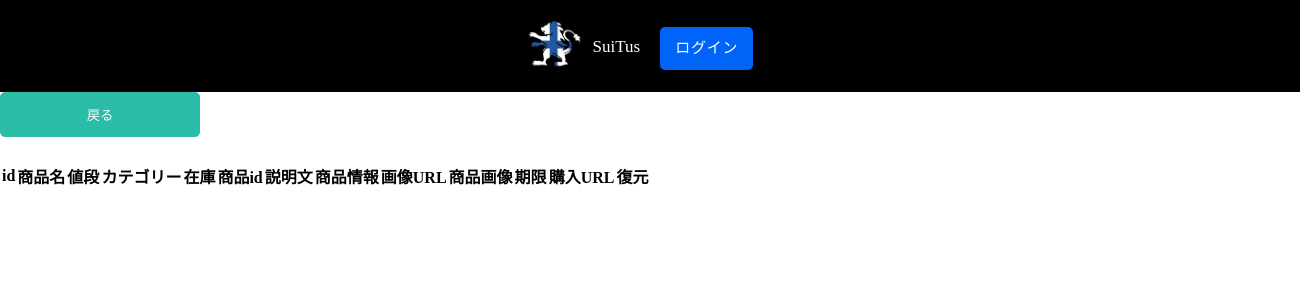
Repository: shun3641/springPortfolio
Page: http://localhost/admin/restorelist
The author's editor kept a copy of each file at every save. The page is drawn from the files as they stood at one save, then again after the next save.
The browser window is 1280 px wide. The page is 1300 px wide, so the pictures cover 1300 px, including what lies to the right of the window. The pictures show the whole page.
The page is this project's Thymeleaf template; nobody is signed in. The template is opened directly, without the code that normally fills it, so the values that code supplies are empty.

Above is the page before, as saved 2025-11-12 05:48:21.

### Suitus 田中駿吾 ポートフォリオ/Suitus/src/main/resources/templates/admin/restorelist.html
<!DOCTYPE html>
<html lang="en"
xmlns:th="http://www.thymeleaf.org" xmlns:sec="http://www.thymeleaf.org/extras/spring-security">
<head>
<meta charset="UTF-8">
<link th:href="@{/admin/css/application.css}" rel="stylesheet">
<link th:href="@{/admin/css/app_header.css}" rel="stylesheet">
<link th:href="@{/admin/css/app_mobile.css}" rel="stylesheet" media="screen and (max-width: 767px)">
<title>Insert title here</title>
</head>
<body>
<div id="bgblack">
<div th:fragment="siteHeader"></div>
<div class="p_infobar_content">
Amazonプライム感謝祭実施中。セール会場はこちら
</div>

<div class="l-header-content">

<div class="logo">
<a>
<img src="/image/logo.png">
</a>
<span>SuiTus</span>
</div>

<nav id="header-navigation">
	<ul>
	<li class="loginbtn"><a th:href="@{/login}">ログイン</a></li>
	<li><a th:href="@{/admin/application}" sec:authorize="hasAuthority('ADMIN')">業務管理アプリへ</a></li>
	</ul>
</nav>
</div>
</div>
<button class="c-hamburger-btn btn" aria-expanded="false" aria-controls="drawer-nav">
	<span class="c-hamburger-btn__bars">
		<span class="c-hamburger-btn__bar"></span>
		<span class="c-hamburger-btn__bar"></span>
		<span class="c-hamburger-btn__bar"></span>
	</span>
</button>
	<nav class="sp-menu">
	<ul>
		<li class="loginbtn"><a th:href="@{/login}">ログイン</a></li>
		<li><a th:href="@{/admin/application}" sec:authorize="hasAuthority('ADMIN')">業務管理アプリへ</a></li>
	</ul>
	</nav>
	<h3 class="restoreHeading">復元リスト</h3>
	<a th:href="@{/admin/application}">
	<button style="width: 200px;">戻る</button>
	</a>

<table id="restoreTable">
  <thead>
    <tr>
      <th scope="col">id</th>
      <th scope="col">商品名</th>
      <th scope="col">値段</th>
      <th scope="col">カテゴリー</th>
      <th scope="col">在庫</th>
      <th scope="col">商品id</th>
      <th scope="col">説明文</th>
      <th scope="col">商品情報</th>
      <th scope="col">画像URL</th>
      <th scope="col">商品画像</th>
      <th scope="col">期限</th>
      <th scope="col">購入URL</th>
      <th scope="col">復元</th>
    </tr>
  </thead>
  <tbody th:each="deleteitem: ${deleteitems}">
    <tr>
      <td th:text="${deleteitem.id}"></td>
      <td th:text="${deleteitem.name}"></td>
      <td th:text="${deleteitem.price}"></td>
      <td th:text="${deleteitem.category}"></td>
      <td th:text="${deleteitem.quantity}"></td>
      <td th:text="${deleteitem.itemid}"></td>
      <td th:text="${deleteitem.description}"></td>
      <td th:text="${deleteitem.info}"></td>
      <td th:text="${deleteitem.imageurl}"></td>
      <td>
      	<img class="imageurl" th:src="${deleteitem.imageurl}">
      </td>
      <td th:text="${deleteitem.period}"></td>
      <td th:text="${deleteitem.purchaseurl}"></td>
      <td>
      	<form th:action="@{/admin/restore/{id}(id=${deleteitem.id})}" method="post">
      	<button class="restorebutton">復元</button></form>
      </td>
    </tr>
  </tbody>
</table>
</body>
</html>

### Suitus 田中駿吾 ポートフォリオ/Suitus/src/main/resources/static/admin/css/application.css
* {
	margin: 0;
	padding: 0;
}

body {
	box-sizing: border-box;
}

h1 {
	margin-top: 100px;
	margin-left: 20px;
}

h1 > a {
	color: #111;
	text-decoration: none;
}

#bgblack .l-header-content {
	background-color: black;
	padding: 10px;
	margin-top: -20px;
	justify-content: center;
	width: 100%;
}

#header-navigation ul {
	display: flex;
	list-style: none;
	gap: 24px;
	padding-top: 5px;
	margin-top: 20px;
	margin-left: 20px;
}
ul.list-group {
	padding: 0;
}

.list-group-item {
	list-style-type: none;
	font-size: 1.3rem;
	padding: 20px;
	border-top: 0.5px solid lightgray;
	border-bottom:0.5px solid lightgray;
}
.logout {
	font-size: 18px;
	display: flex;
	justify-content: flex-end;
	padding-right: 20px;
}

.logout span {
	background-color: black;
	color: white;
	padding: 10px 15px;
	border-radius: 5px;
}

.list-group-item a {
	background-color: #1569e5;
	border-radius: 5px;
	color: white;
	padding: 5px 10px;
}

.price {
	font-size: 1.5em;
}

.container {
  max-width:1200px;
  margin: 35px auto;
  text-align: left;
  -webkit-border-radius:6px;
  -moz-border-radius:6px;
  border-radius:6px;
  background-color:#FAFAFA;
  padding: 20px;
}

input,textarea {
  display: block;
  padding: 15px;
  width: 100%;
  margin: 10px 0;
}
h2 {
	padding: 20px;
}
.parts {
  padding:10px;
}

.createsuccess {
  font-size: 1.2rem;
}

.head {
  -webkit-border-radius:6px 6px 0px 0px;
  -moz-border-radius:6px 6px 0px 0px;
  border-radius:6px 6px 0px 0px;
  background-color:#2ABCA7;
  color:#FAFAFA;
  padding-left: 10px;
}
h2 {
  text-align:left;
  padding:25px 0 25px 0px;
  font-size: 1.4em;
  color: white;
}

textarea {
  height:100px;
  margin-bottom:10px;
  resize: none;
}
.text-danger {
	color: red;
}
input, textarea {
  font-size: 1em;
  font-family: 'Source Sans Pro',arial,sans-serif;
  border: 1px solid #cecece;
  background: #d7d7d7;
  color:#FAFAFA;
  -webkit-border-radius: 5px;
  -moz-border-radius: 5px;
  border-radius: 5px;
  -moz-background-clip: padding;
  -webkit-background-clip: padding-box;
  background-clip: padding-box;
  -webkit-box-sizing: border-box;
  -moz-box-sizing: border-box;
  box-sizing: border-box;
}
::-webkit-input-placeholder {
   color: #FAFAFA;
}
:-moz-placeholder {
   color: #FAFAFA;
}
::-moz-placeholder {
   color: #FAFAFA;
}
:-ms-input-placeholder {
   color: #FAFAFA;
}
button {
  margin-top:30px;
  margin-bottom:25px;
  background-color:#2ABCA7;
  padding: 12px 45px;
  -ms-border-radius: 5px;
  -o-border-radius: 5px;
  border-radius: 5px;
  border: 1px solid #2ABCA7;
  -webkit-transition: .5s;
  transition: .5s;
  display: inline-block;
  cursor: pointer;
  color:#fff;
}

/* media queries */
@media (max-width: 700px) {
  label.error {
    width: 90%;
  }

  body {
  padding-top:10px;
  }
}

.products.flex {
	display: flex;
	flex-wrap: wrap;
}

.parts.button {
	display: flex;
	justify-content: center;
}

.parts button {
	display: block;
	font-size: 0.85rem;
	width: 40%;

}

button[name="updatebutton"] {
	margin-left: 40px;
	background-color: #2a76bc;
}

button[name="updatebutton"]:hover {
	background-color: #2a76bcbd;
}

button[name="createbutton"]:hover {
	background-color: #2abca7bd;
}

#category-select {
	height: 40px;
	font-size: 1.0rem;
	margin-top: 10px;
	padding-left: 15px;
}

.message {
	padding-left: 10px;
}

.contents.text {
	font-size: 1rem;
	margin-top: 15px;
	color: #242424;
}

.contents.category {
	margin-bottom: 10px;
}

.products {
	display: flex;
	justify-content: center;
	gap: 30px;
	margin-top: 30px;
}

.productImage {
	display: block;
	width: 300px;
	background-color: rgba(0,0,0,0.15);
}

.productImage img {
	position: relative;
	left: 45px;
	height: 200px;
}

.contents {
	display: block;
	margin-top: 0;
	margin-bottom: 5px;
	font-size: 24px;
}

.price {
	font-size: 1.4rem;
}

.product button {
	margin-top: 18px;
	margin-bottom: 18px;
	padding: 0;
	font-size: 18px;
	width: 100px;
}

#imageUpload {
	max-width: 1200px;
    margin: 35px auto;
}

.c-hamburger-btn.btn {
	top: 25px;
    padding: 10px 25px;
    margin: 0;
}

.previewImage {
	width: 14%;
}

.products {
	border-radius: 18px;
	padding:18px;
	overflow:hidden;
	border:1px solid rgba(60, 60, 60,0.2);
}

#previewImage {
	display: none;
}

### Suitus 田中駿吾 ポートフォリオ/Suitus/src/main/resources/static/admin/css/app_header.css
@charset "UTF-8";

:root {
	--font-family-ja: Roboto,"Noto Sans JP",sans-serif;
}
body {
	margin: 0;
	box-sizing: border-box;
}

header {
	overflow: hidden;
}

.p_infobar_content {
	font-family: var(--font-family-ja);
	letter-spacing: 0.8px;
	background-color: #0064f8;
	text-align: center;
	padding: 8px;
	margin: 0;
	font-size: 13px;
    font-weight: 500;
    color: #ffffff;
}

.p_infobar_content::after {
	content: '➔';
	display: inline-block;
	color: white;
	font-size: 12px;
	padding-left: 5px;
}

.l-header-content{
	width: 90%;
	padding: 18px 40px;
	position: absolute;
	display: flex;
	justify-content: space-between;
	top: 20px;
	z-index: 8000;
}
.l-header-content > div {
	display: flex;
	align-items: center;
	padding-top: 8px;
	gap: 10px;
	color: white;
}

.logo span {
	font-size: 17px;
	position: relative;
	top: -3px;
}

img[src="/image/logo.png"]{
	height: 60px;
	width: 60px;
}

#header-navigation ul {
	display: flex;
	list-style: none;
	gap: 24px;
	padding-top: 5px;
}

#header-navigation ul a {
	font-size: 15px;
	text-decoration: none;
	color: white;
	line-height: 1.5;
	letter-spacing: 0.8px;
	font-weight: normal !important;

	&:hover {
		text-decoration: underline;
		text-underline-offset: .3rem;
	}
}

.c-hamburger-btn {
	display: none;
}
.sp-menu {
	visibility: hidden;
	width: 0;
	height: 0;
}
.sp-menu ul {
	margin-top: 0;
}
.topImage {
	height: calc(100vh - 30px);
	overflow: hidden;
}

.topImage img {
	display: block;
	height: 100%;
	width :100%;
	overflow: hidden;
}

.l-header-content.black {
	background-color: black;
}

.loginbtn a{
	display: inline-block;
	background: #0064f8;
	padding: 10px 15px;
	border-radius: 5px;
	margin-top: -8px;
}

### Suitus 田中駿吾 ポートフォリオ/Suitus/src/main/resources/static/admin/css/app_mobile.css
@charset "UTF-8";

.topImage img
{
	height: 400px;
}

.l-header-content {
	width: 96%;
	padding: 15px 0;
}

.l-header-content > nav {
	display: none;
}
.c-hamburger-btn {
	display: block;
	border: none;
	position: fixed;
	top: 40px;
	right: 20px;
	z-index: 9999;
}

.c-hamburger-btn__bar:active {
	background-color: black;
}

.c-hamburger-btn__bar {
	display: block;
	margin-top: 10px;
	height: 1px;
	width: 30px;
	background-color: white;
}

.btn.active .c-hamburger-btn__bar {
	background-color: black;
}

button {
	background-color: transparent;
}

.sp-menu {
	position: abolute;
	right: 0;
	transform-origin: right;
	transform: translateX(100px);
	transition: transform 1s;
}

.sp-menu.open {
	transform: translateX(0px);
	visibility: visible;
	position: fixed;
	padding-top: 40px;
	width: 100%;
	height: 100vh;
	background-color: white;
	z-index: 9000;
}
.sp-menu.open ul {
	padding: 20px 0;
}

.sp-menu.open ul li{
		list-style-type: none;


}

.sp-menu.open ul a {
	display: block;
	padding: 20px;
	margin-top: 10px;
}

.sp-menu.open ul a.active {

	background-color: rgba(0,0,0,0.03);
}
.sp-menu.open ul li > a {
	color: black;
	font-size: 18px;
	text-decoration: none;

}


/* product.html */
.products {
	flex-direction: column;
	align-items: center;
}

.productImage img{
	height: 300px;

}

img[src="useball.png"] {
    position: absolute;
    height: 380px;
    left: -220px;
}

.productImage {
	width: 375px;
}

After the next save:
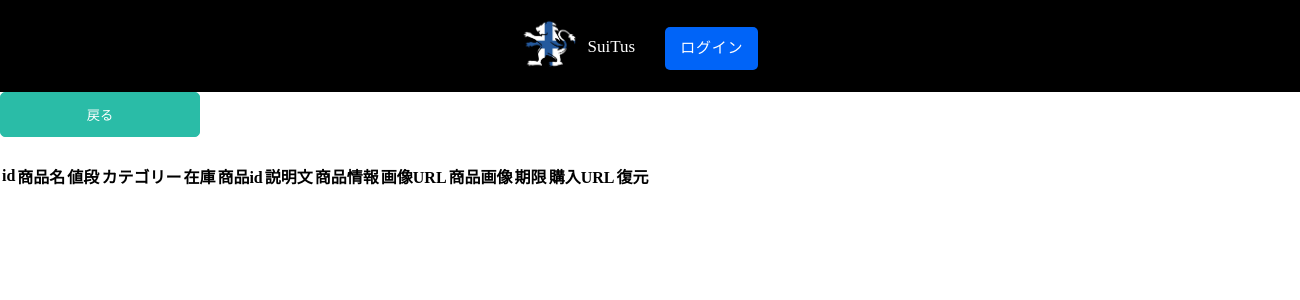
Saved 8 s later.
--- a/Suitus 田中駿吾 ポートフォリオ/Suitus/src/main/resources/static/admin/css/application.css
+++ b/Suitus 田中駿吾 ポートフォリオ/Suitus/src/main/resources/static/admin/css/application.css
@@ -31,7 +31,7 @@ h1 > a {
 	gap: 24px;
 	padding-top: 5px;
 	margin-top: 20px;
-	margin-left: 20px;
+	margin-left: 30px;
 }
 ul.list-group {
 	padding: 0;
